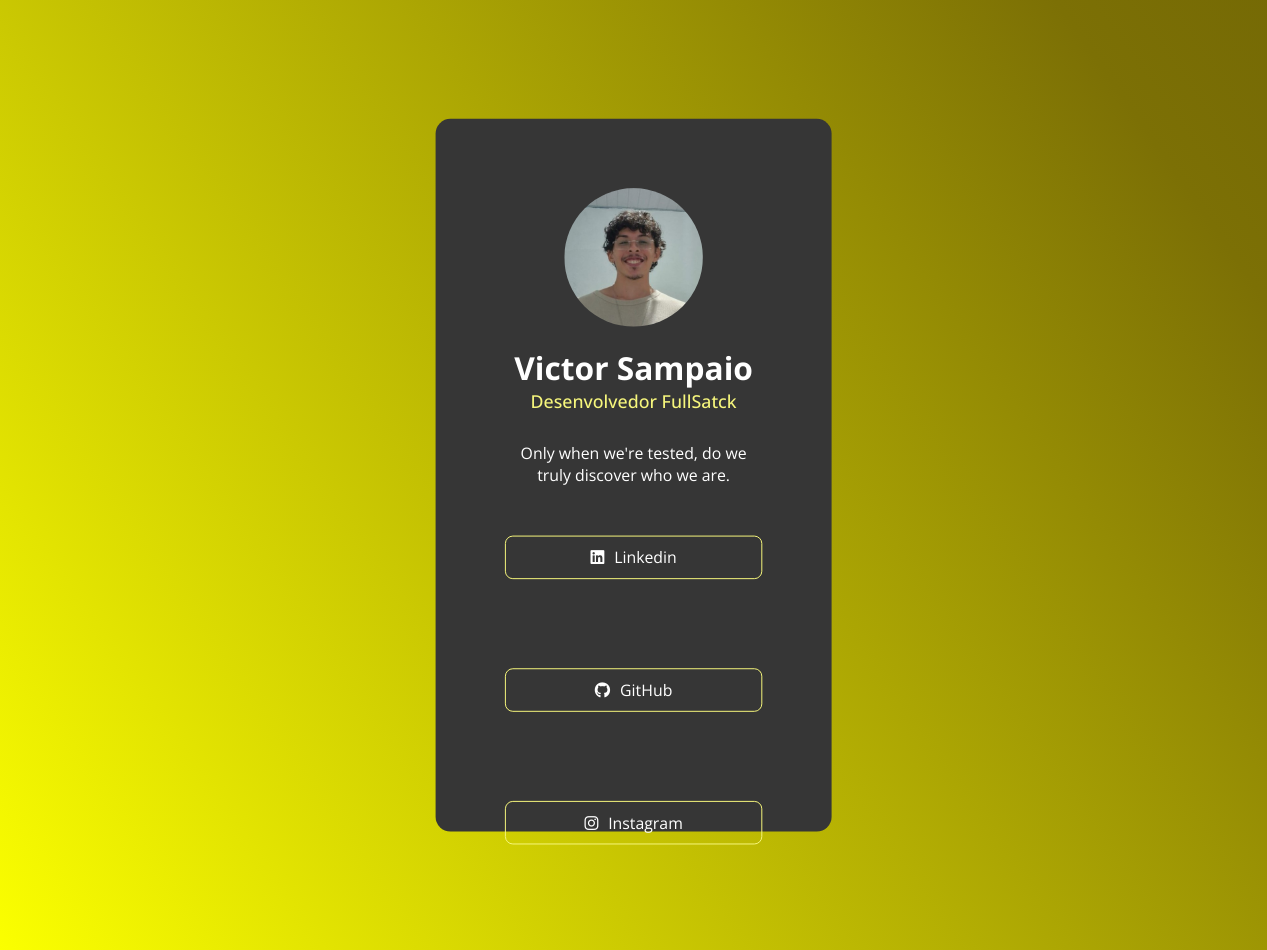
Repository: VictorSampaioDev/linkthree-gt9
Page: index.html
An editor plug-in stored every save of this project. The page is shown before and after a run of saves, followed by the edit.
The browser window is 1280 px wide. The pictures show the whole page, at 99% of full size.

Above is the page before, as saved 2025-04-11 11:50:27.

After the next 2 saves:
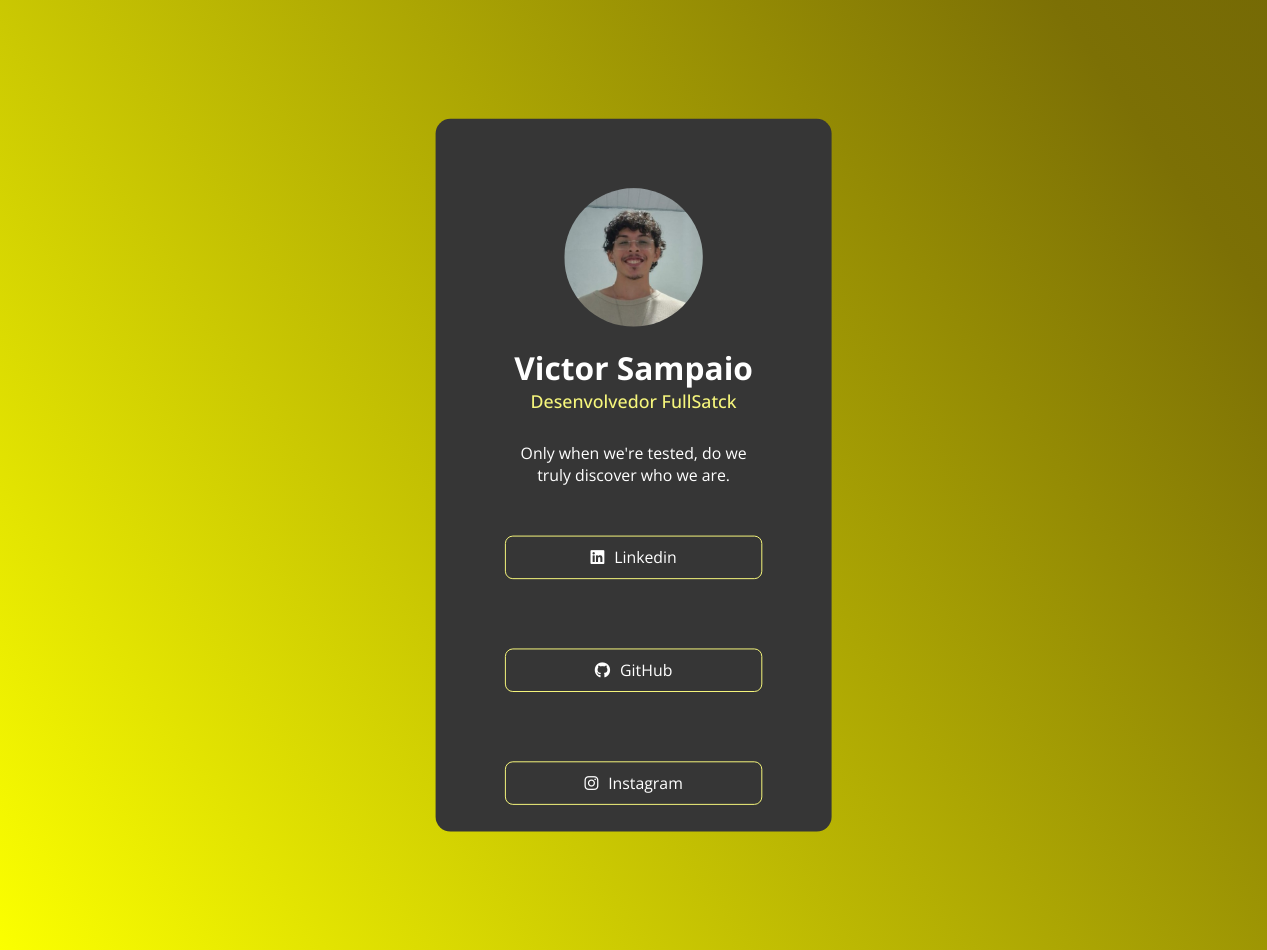
The 2 saves are shown as one change because they came seconds apart.
The last was saved 7 s later.
--- a/style.css
+++ b/style.css
@@ -52,7 +52,7 @@ body{
 .container-social-links ul {
     display: flex;
     flex-direction: column;
-    gap: 40px;
+    gap: 20px;
 }
 .container-social-links li {
     display: flex;
